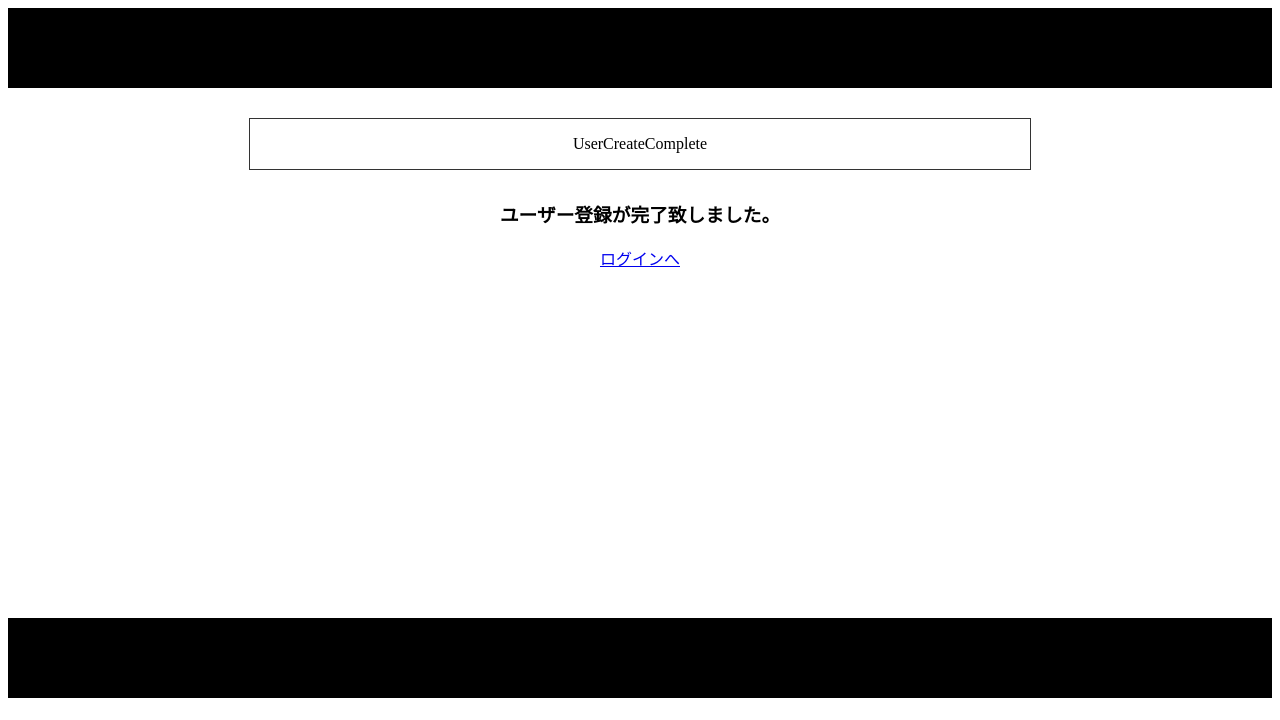
Repository: RyunosukeSaiga0816/test
Page: http://localhost/website/userCreateComplete.jsp
The author's editor kept a copy of each file at every save. The page is drawn from the files as they stood at one save, then again after the next save.
The browser window is 1280 px wide. The pictures show the whole page.
The page is served by Tomcat 9. Other server files are loaded and not shown.

Above is the page before, as saved 2018-07-31 08:11:55.

### website/WebContent/userCreateComplete.jsp
<%@ page language="java" contentType="text/html; charset=UTF-8"
    pageEncoding="UTF-8"%>
<%@ taglib prefix="s" uri="/struts-tags" %>
<!DOCTYPE html>
<html>
	<head>
		<meta http-equiv="Content-Type" content="text/html; charset=UTF-8"/>
		<meta http-equiv="Content-Style-Type" content="text/css"/>
		<meta http-equiv="Content-Script-Type" content="text/javascript"/>
		<meta http-equiv="imagetoolbar" content="no"/>
		<meta name="description" content=""/>
		<meta name="keywords" content=""/>
		<title>UserCreateComplete画面</title>

		<style type="text/css">

			/*========TAG LAYOUT========*/
			budy{
				margin:0;
				padding:0;
				line-height:1.6;
				letter-spacing:1px;
				font-family:Verdana,Helvetica,sans-serif;
				font-size:12px;
				color:#333;
				background:#fff;
			}
			table{
				text-align:center;
				margin:30px auto;
				border:1px solid #333;
			}

			/*========ID LAYOUT========*/
			#top{
				width:780px;
				margin:30px auto;
				border:1px solid #333;
			}
			#header{
				width:100%;
				height:80px;
				background-color:black;
			}
			#main{
				width:100%;
				height:500px;
				text-align:center;
			}
			#footer{
				width:100%;
				height:80px;
				background-color:black;
				clear:both;
			}
		</style>
	</head>
	<body>
		<div id="header">
			<div id="pr">
			</div>
		</div>
		<div id="main">
			<div id="top">
				<p>UserCreateComplete</p>
			</div>
			<div>
				<h3>ユーザー登録が完了致しました。</h3>
				<div>
					<a href='>s:url action="HomeAction"/>'>ログインへ</a>
				</div>
			</div>
		</div>
		<div id="footer">
			<div id="pr">
			</div>
		</div>
	</body>
</html>

After the next save:
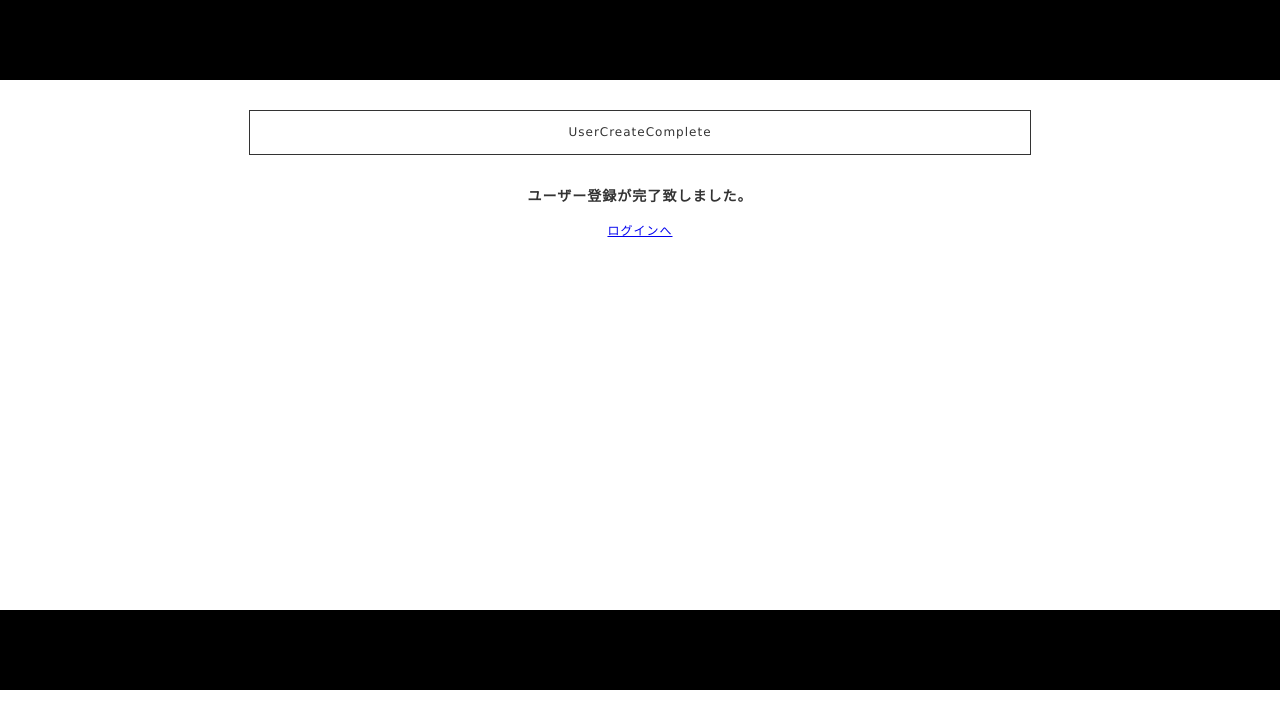
Saved 7 min 3 s later.
--- a/website/WebContent/userCreateComplete.jsp
+++ b/website/WebContent/userCreateComplete.jsp
@@ -15,7 +15,7 @@
 		<style type="text/css">
 
 			/*========TAG LAYOUT========*/
-			budy{
+			body{
 				margin:0;
 				padding:0;
 				line-height:1.6;
@@ -67,7 +67,7 @@
 			<div>
 				<h3>ユーザー登録が完了致しました。</h3>
 				<div>
-					<a href='>s:url action="HomeAction"/>'>ログインへ</a>
+					<a href='<s:url action="HomeAction"/>'>ログインへ</a>
 				</div>
 			</div>
 		</div>
